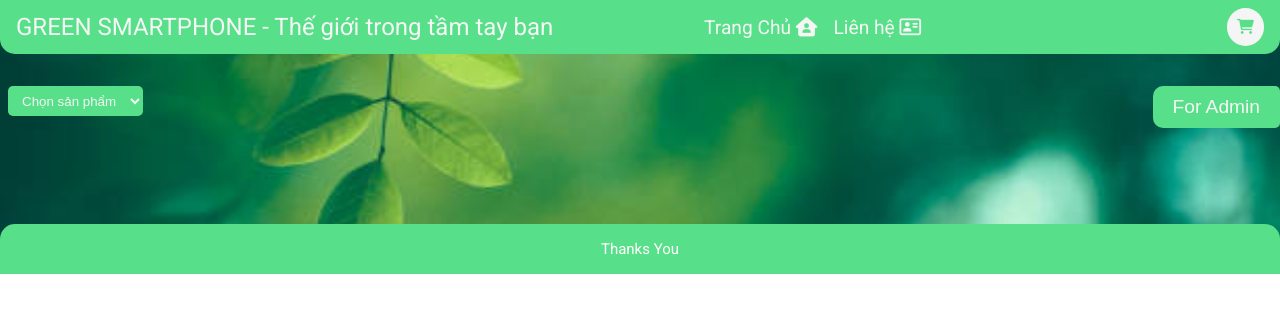
Repository: NguyenVietPhuQuy/Project2
Page: HKShop/index.html
The author's editor kept a copy of each file at every save. The page is drawn from the files as they stood at one save, then again after the next save.
The browser window is 1280 px wide. The pictures show the whole page.
The page's requests for data from a server got no answer. Some web libraries are served in a nearby version.

Above is the page before, as saved 2022-11-02 20:05:16.
Console error: TypeError: Cannot set properties of null (setting 'innerHTML')

After the next save:
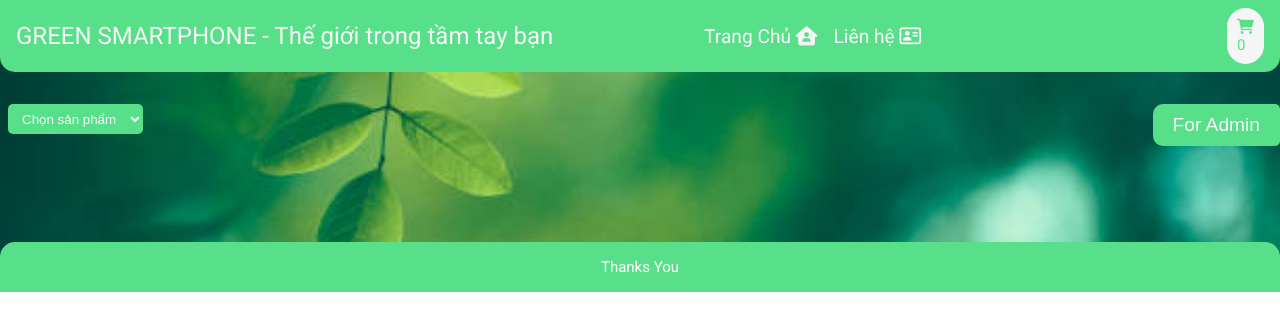
The error is gone.
Saved 44 s later.
--- a/HKShop/index.html
+++ b/HKShop/index.html
@@ -37,7 +37,7 @@
                 </div>
                 <div class="nav__icon">
                     <i class="fa-solid fa-cart-shopping fa-show"></i>
-                    <div class="totalItem"></div>
+                    <div id="totalItem"></div>
                 </div>
             </nav>
         </header>
